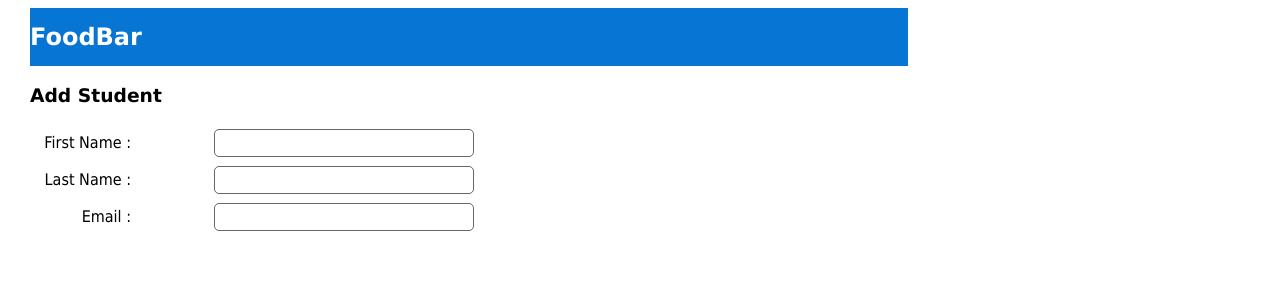
Repository: td2210z/java-jsp
Page: http://localhost/web-student-tracker/add-student-form.jsp
The author's editor kept a copy of each file at every save. The page is drawn from the files as they stood at one save, then again after the next save.
The browser window is 1280 px wide. The pictures show the whole page.
The page is served by Tomcat 9. Other server files are loaded and not shown.

Above is the page before, as saved 2024-12-05 15:08:10.

### src/web-student-tracker/WebContent/add-student-form.jsp
<!DOCTYPE html>


<html>
<head>
 <title>Add</title>
 <link type = "text/css" rel = "stylesheet" href = "css/style.css">
 <link type = "text/css" rel = "stylesheet" href = "css/add-student-style.css">

</head>
   <div id  = "wrapper">
       <div id = "header">
          <h2>FoodBar</h2>
       </div>


   </div>

   <div id = "container">
   <h3>Add Student</h3>
   <form action = "StudentControllerServlet" method = "GET">
   <input type = "hidden" name = "command" value = "ADD"/>
   <table>
   <tbody>
   <tr>
   <td><label>First Name : </label></td>
   <td><input type = "text" name = "first_name"/></td>
   </tr>
   <tr>
   <td><label>Last Name : </label></td>
   <td><input type = "text" name = "last_name"/></td>
   </tr>
   <tr>
   <td><label>Email : </label></td>
   <td><input type = "text" name = "email"/></td>
   </tr>
   </tbody>
   </table>

   </form>
   </div>

<body>
</body>
</html>

### src/web-student-tracker/WebContent/css/style.css
html, body{
	margin-left:15px; margin-right:15px;
	padding:0px;
	font-family:Verdana, Arial, Helvetica, sans-serif;
}

table {
	border-collapse:collapse;
	border-bottom:1px solid gray;
	font-family: Tahoma,Verdana,Segoe,sans-serif;
	width:72%;
}

th {
	border-bottom:1px solid gray;
	background:none repeat scroll 0 0 #0775d3;
	padding:10px;
	color: #FFFFFF;
}

tr {
	border-top:1px solid gray;
	text-align:center;
}

tr:nth-child(even) {background: #FFFFFF}
tr:nth-child(odd) {background: #BBBBBB}

#wrapper {width: 100%; margin-top: 0px; }
#header {width: 72%; background: #0775d3; margin-top: 0px; padding:15px 0px 15px 0px;}
#header h2 {width: 100%; margin:auto; color: #FFFFFF;}
#container {width: 100%; margin:auto}
#container h3 {color: #000;}
#container #content {margin-top: 20px;}

.add-student-button {
	border: 1px solid #666;
	border-radius: 5px;
	padding: 4px;
	font-size: 12px;
	font-weight: bold;
	width: 120px;
	padding: 5px 10px;

	margin-bottom: 15px;
	background: #cccccc;
}

Loaded but not shown: src/web-student-tracker/WebContent/css/add-student-style.css (common file)

After the next save:
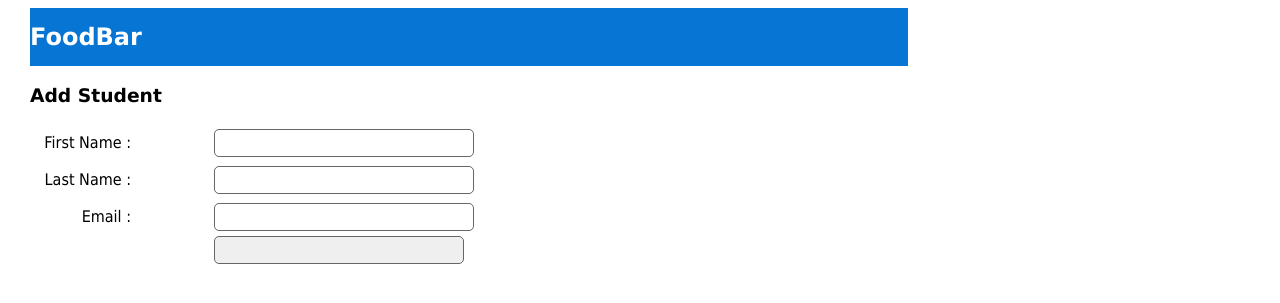
Saved 22 s later.
--- a/src/web-student-tracker/WebContent/add-student-form.jsp
+++ b/src/web-student-tracker/WebContent/add-student-form.jsp
@@ -34,6 +34,11 @@
    <td><label>Email : </label></td>
    <td><input type = "text" name = "email"/></td>
    </tr>
+
+   <tr>
+   <td><label></label></td>
+   <td><input type = "button" name = "email"/></td>
+   </tr>
    </tbody>
    </table>
 
